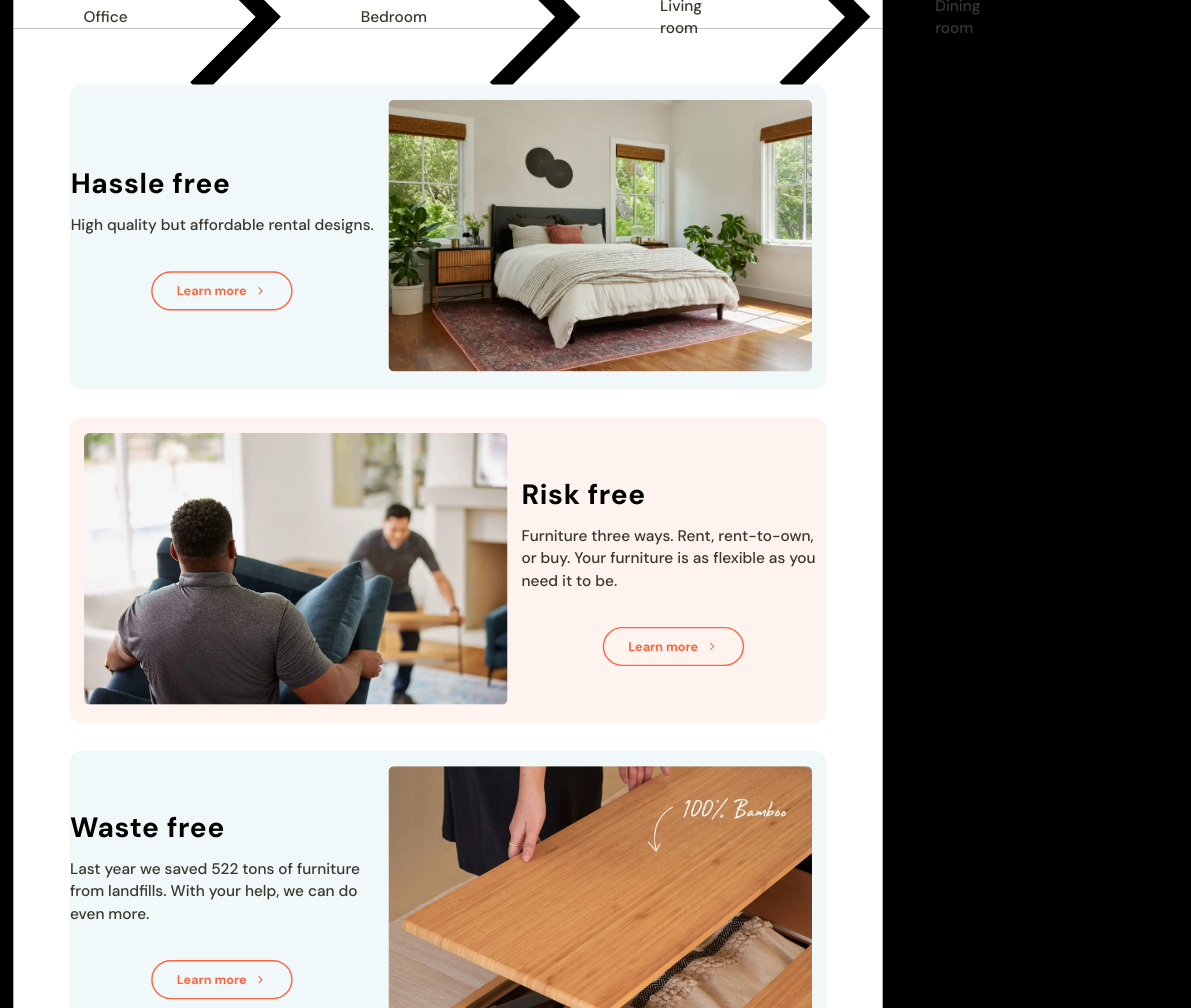
Repository: noman-source/Furniture-website
Page: index.html
The author's editor kept a copy of each file at every save. The page is drawn from the files as they stood at one save, then again after the next save.
The browser window is 1280 px wide. The page is 1702 px wide, so the pictures cover 1702 px, including what lies to the right of the window. The pictures show the part of the page from y = 1762 to 3202 px (the page is 4311 px tall), at 70% of full size.

Above is the page before, as saved 2025-07-04 13:12:21.

After the next save:
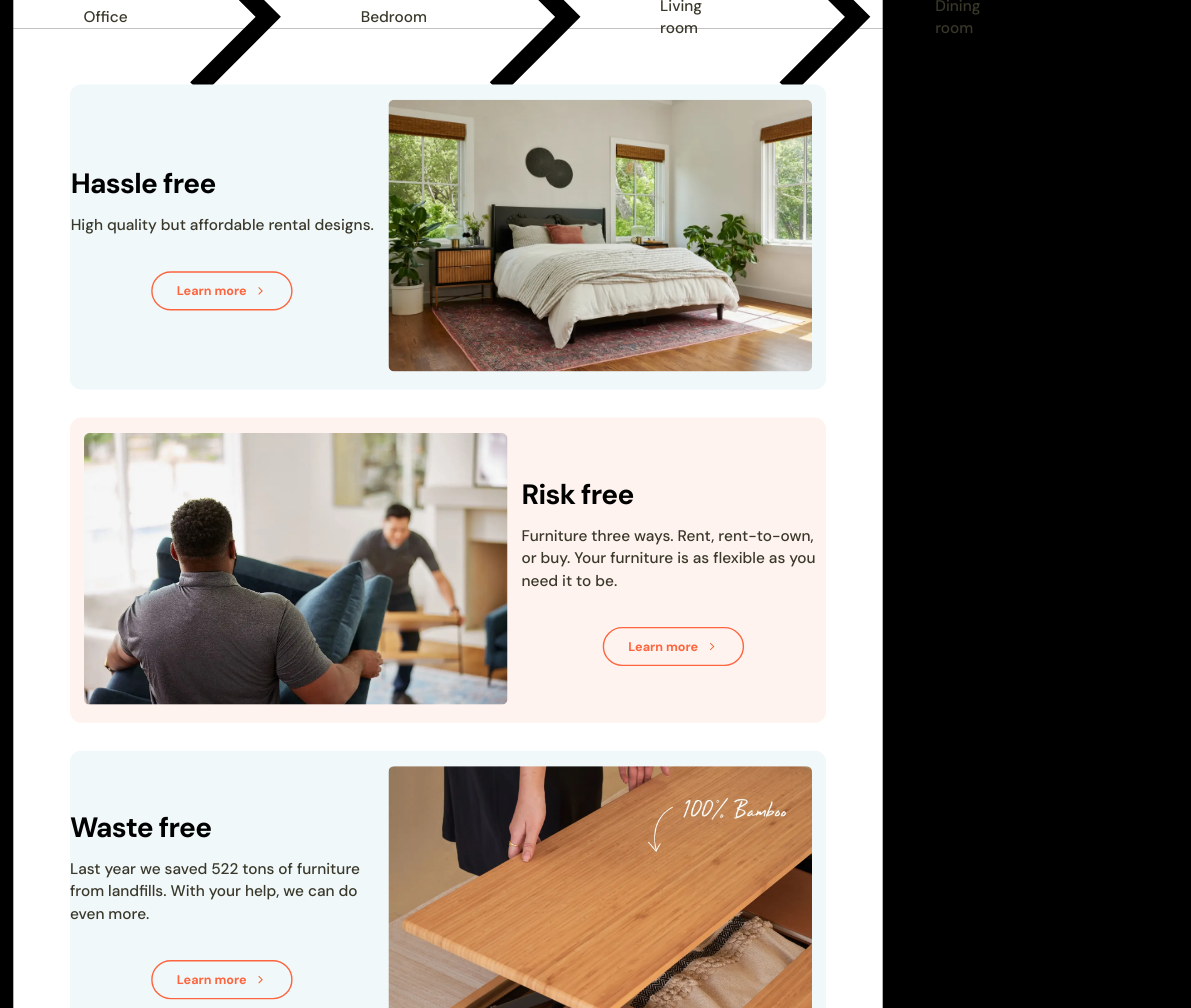
Saved 7 s later.
--- a/style.css
+++ b/style.css
@@ -366,7 +366,7 @@
     font-weight: 700;
     font-size: 40px;
     line-height: 56px;
-    letter-spacing: 0.96px;
+    letter-spacing:-0.96px;
 }
 
 .section5 p {
